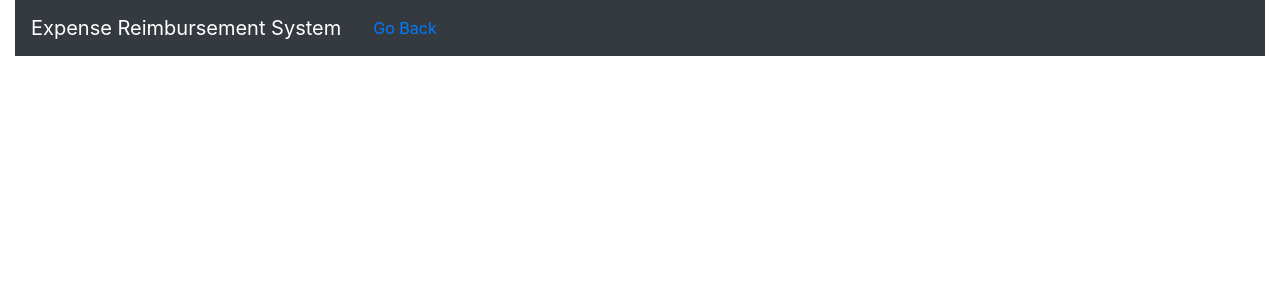
Repository: Trevormulrenin/ers-app
Page: ers-app/src/main/webapp/html/pending.html
The author's editor kept a copy of each file at every save. The page is drawn from the files as they stood at one save, then again after the next save.
The browser window is 1280 px wide. The pictures show the whole page.

Above is the page before, as saved 2021-03-29 23:17:07.

After the next save:
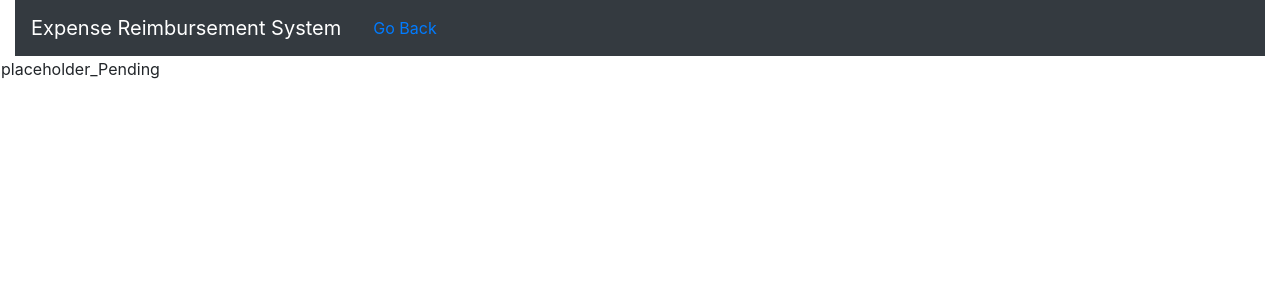
Saved 2 min 11 s later.
--- a/ers-app/src/main/webapp/html/pending.html
+++ b/ers-app/src/main/webapp/html/pending.html
@@ -15,5 +15,10 @@
 		</nav>
 	</div>
 
+	<table>
+		<tr>
+			<td> placeholder_Pending </td>
+	</table>
+
  </body>
  </html>
